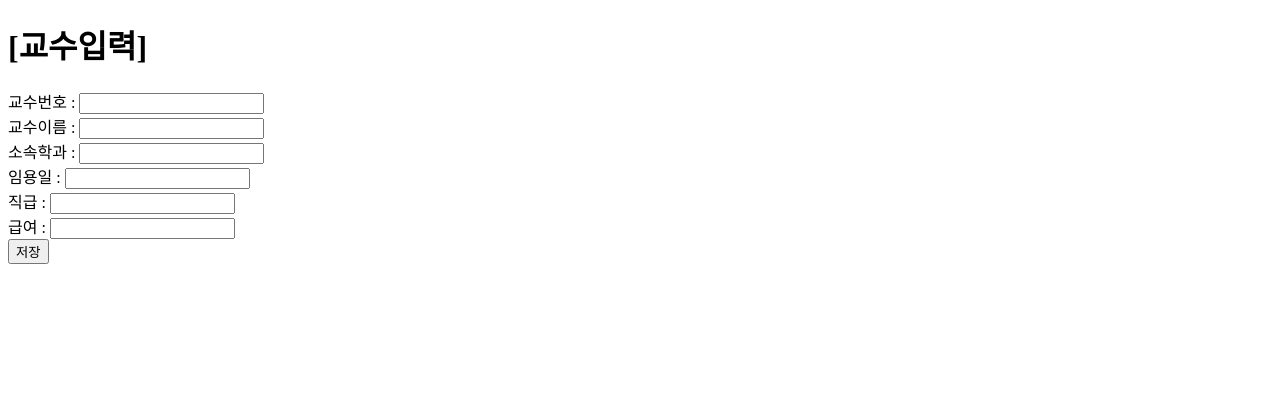
Repository: whwlsghkstm/html
Page: Ex0507/WebContent/pinsert.html
An editor plug-in stored every save of this project. The page is shown before and after the next save, followed by the edit.
The browser window is 1280 px wide. The pictures show the whole page.
Some web libraries are served in a nearby version.

Above is the page before, as saved 2020-05-07 02:38:02.

After the next save:
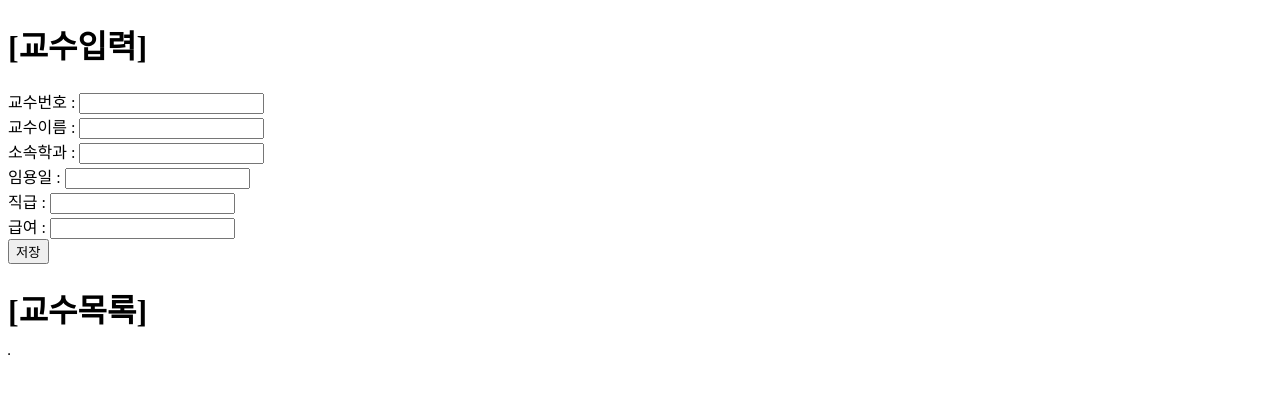
Saved 103 s later.
--- a/Ex0507/WebContent/pinsert.html
+++ b/Ex0507/WebContent/pinsert.html
@@ -17,6 +17,26 @@
 		급여 : <input type="text" id="textsalary"><br>
 		<input type="button" id="btnInsert" value="저장">
 	</div>
+
+	<h1>[교수목록]</h1>
+	<table id="tab" border=1></table>
+	<script id="temp" type="text/x-handlebars-template">
+			<tr class="title">
+				<td><input type="checkbox" id="checkAll"></td>
+				<td>강좌번호</td>
+				<td>강좌이름</td>
+				<td>점수</td>
+			</tr>
+
+		{{#each clist}}
+			<tr class="row">
+				<td><input type="checkbox" class="check"></td>
+				<td class="lcode">{{lcode}}</td>
+				<td class="lname">{{lname}}</td>
+				<td class="grade">{{grade}}</td>
+			</tr>
+		{{/each}}
+	</script>
 </body>
 
 <script>
